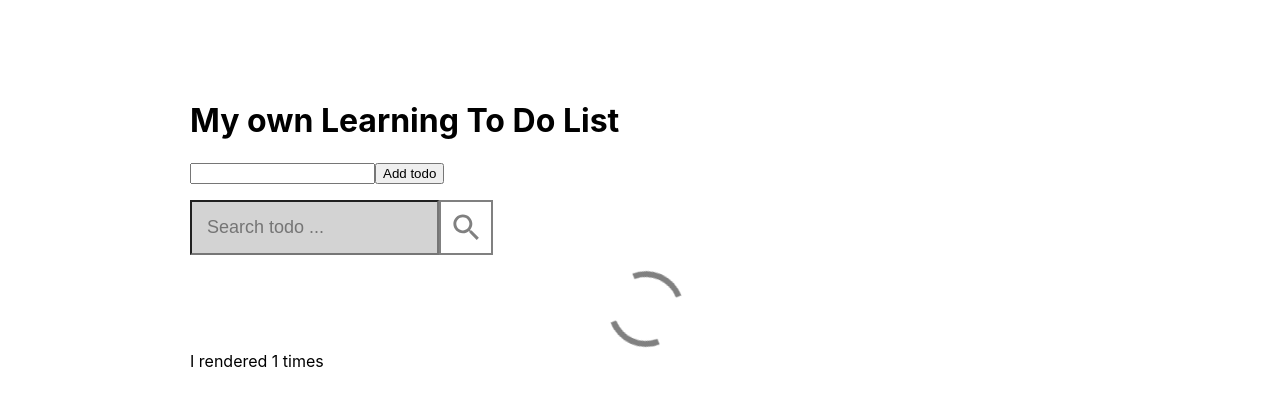
Repository: ArusyakAghajanyan/To-Do
Page: /
These files come from the project's save history. The page is drawn as it stood at one moment and after the next save; the edit follows.
The browser window is 1280 px wide. The pictures show the whole page.
The page's requests for data from a server got no answer. The project was rebuilt for these pictures with package versions that can differ from the ones it lists, and the page was loaded fresh each time. No one was signed in, and anything a server would have sent is missing. Also part of the build but not shown: src/Todo/TodoItem.js, src/Todo/TodoList.js.

Above is the page before, as saved 2022-03-16 16:06:54.

After the next save:
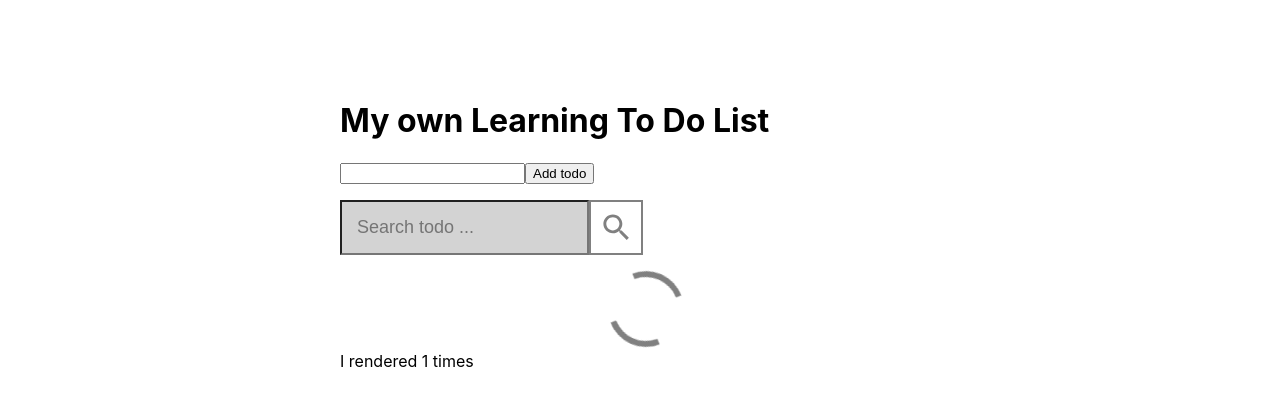
Saved 34 s later.
--- a/src/index.css
+++ b/src/index.css
@@ -14,7 +14,7 @@ code {
 .wrapper {
   padding-top: 5rem;
   margin: 0 auto;
-  width: 900px;
+  width: 600px;
 }
 .rm {
   background: gray;
